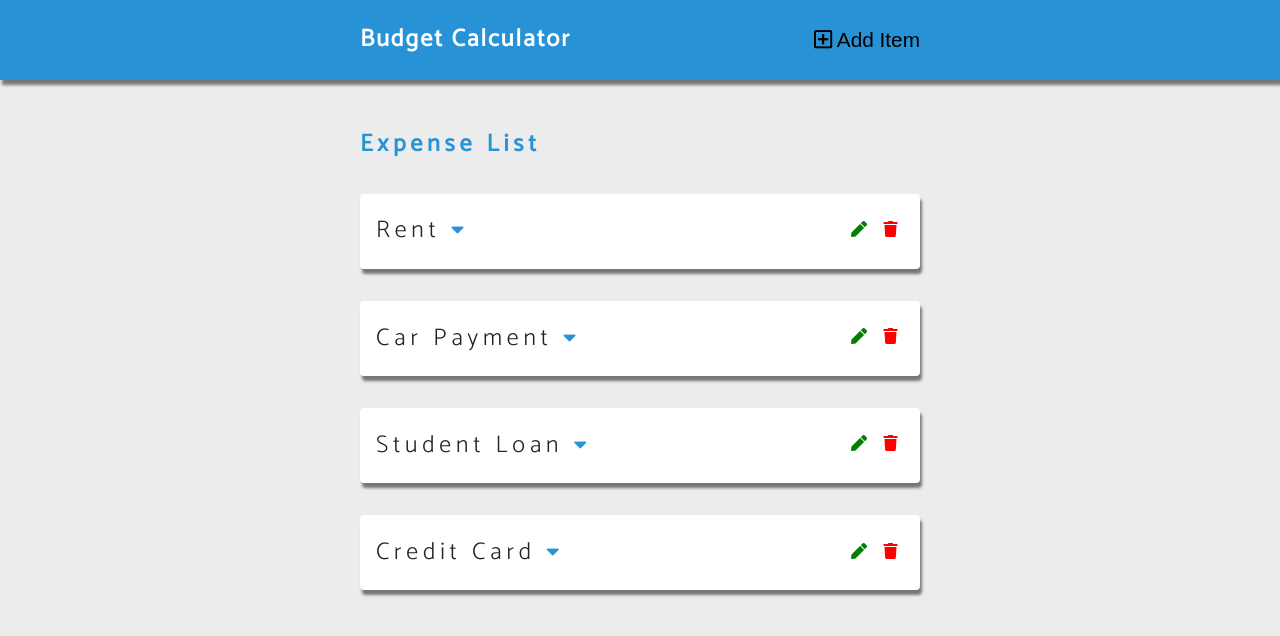
Repository: webdril/budget
Page: /
An editor plug-in stored every save of this project. The page is shown before and after the next save, followed by the edit.
The browser window is 1280 px wide. The pictures show the whole page.
After loading, the first visible `button.delete-btn` was clicked once.
The project was rebuilt for these pictures with package versions that can differ from the ones it lists, and the page was loaded fresh each time.

Above is the page before, as saved 2020-03-02 23:15:24.

### public/index.html
<!DOCTYPE html>
<html lang="en">
<head>
	<meta charset='utf-8'>
	<meta name='viewport' content='width=device-width,initial-scale=1'>

	<title>Budget Calculator</title>

	<link rel='icon' type='image/png' href='/favicon.png'>
	<link rel='stylesheet' href='/global.css'>
	<link rel='stylesheet' href='/build/bundle.css'>
	<!-- Font Awesome -->
	<link rel="stylesheet" href="fontawesome-free-5.11.2-web/css/all.min.css">

	<script defer src='/build/bundle.js'></script>
</head>

<body>
</body>
</html>

### src/App.svelte
<script>
// components
import Navbar from './Navbar.svelte'
import ExpensesList from './ExpensesList.svelte'

// Data
import expensesData from './expenses';

// variables
let expenses = [...expensesData];

// functions
function removeExpense(id){
	expenses = expenses.filter(item =>NavigationPreloadManager.id
	!== id);
}

</script>

<!-- CSS/STYLING -->

<Navbar />
<main class="content">
	<ExpensesList {expenses} {removeExpense}/>
</main>

### src/Navbar.svelte
<nav class="nav">
	<div class="nav-center">
		<h1 class="nav-title">Budget Calculator</h1>
		<button type="button" class="nav-btn">
			<i class="far fa-plus-square" />
			Add Item
		</button>
	</div>
</nav>

### src/ExpensesList.svelte
<script>
import SectionTitle from './Title.svelte';
import Expense from './Expense.svelte';
export let expenses = [];
export let removeExpense;
</script>

<style>
    h2 {
        text-transform: capitalize;
    }
</style>

<section>
    <SectionTitle title= 'expense list' />
    <ul>
        {#each expenses as expense, index}
            <!-- <Expense {expense}/> -->
            <!-- Anothr way below -->
            <Expense {...expense} {removeExpense}/>
            {:else}
                <h2>Currently you have no expenses</h2>
        {/each}
    </ul>
</section>

### src/Title.svelte
<script>
export let title = "default title";

</script>


<div class="main-title">
 <h2>{title}</h2>
</div>

### src/Expense.svelte
<script>
// export let expense
// let {name, amount} = expense
// Another method below
export let id;
export let name = "";
export let amount =0;
let displayAmount = false;
export let removeExpense;
function toggleAmount () {
    displayAmount = !displayAmount
}
</script>

<article class="single-expense">
    <div class="expense-infor">
        <h2>{name}
            <button class="amount-btn" on:click={toggleAmount}>
                <i class="fas fa-caret-down" />
            </button>
        </h2>
        {#if displayAmount}
        <h4>amount: ${amount}</h4>
        {/if}
    </div>
    <div class="expense-button">
        <button class="expense-btn edit-btn">
            <i class="fas fa-pen" />
        </button>
          <button class="expense-btn delete-btn"
          on:click={removeExpense(id)}>
            <i class="fas fa-trash" />
        </button>
    </div>
</article>

### public/global.css
/*
======
Fonts
======
*/
@import url("https://fonts.googleapis.com/css?family=Catamaran:300,400&display=swap");
/*
======
Variables
======
*/
:root {
  --primaryColor: #2892d7;
  --mainWhite: #fff;
  --offWhite: #f7f7f7;
  --mainBlack: #222;
  --mainGrey: #ececec;
  --darkGrey: #afafaf;
  --mainTransition: all 0.3s linear;
  --mainSpacing: 0.3rem;
  --lightShadow: 2px 5px 3px 0px rgba(0, 0, 0, 0.5);
  --darkShadow: 4px 10px 5px 0px rgba(0, 0, 0, 0.5);
  --mainBorderRadius: 0.25rem;
}
/*
======
Global Styles
======
*/
* {
  margin: 0;
  padding: 0;
  box-sizing: border-box;
}

body {
  font-family: "Catamaran", sans-serif;
  color: var(--mainBlack);
  background: var(--mainGrey);
  line-height: 1.4;
  font-size: 1rem;
  font-weight: 300;
}
h1,
h2,
h3,
h4,
h5,
h6 {
  font-family: "Catamaran", sans-serif;
  margin-bottom: 1.25rem;
  letter-spacing: var(--mainSpacing);
}
p {
  margin-bottom: 1.25rem;
}
ul {
  list-style-type: none;
}
a {
  text-decoration: none;
  color: var(--mainBlack);
}
/*
======
Buttons
======
*/
.btn,
.btn-white,
.btn-primary {
  text-transform: uppercase;
  letter-spacing: var(--mainSpacing);
  color: var(--primaryColor);
  border: 2px solid var(--primaryColor);
  padding: 0.45rem 0.8rem;
  display: inline-block;
  transition: var(--mainTransition);
  cursor: pointer;
  font-size: 0.8rem;
  border-radius: var(--mainBorderRadius);
  background: transparent;
}
.btn:hover {
  background: var(--primaryColor);
  color: var(--mainWhite);
}
.btn-white {
  background: transparent;
  color: var(--primaryColor);
  border-color: var(--primaryColor);
}
.btn-white:hover {
  background: var(--mainWhite);
  color: var(--primaryColor);
}
.btn-primary {
  background: var(--primaryColor);
  color: var(--mainWhite);
  border-color: var(--primaryColor);
}
.btn-primary:hover {
  background: transparent;
  color: var(--primaryColor);
}
.btn-block {
  width: 100%;
  display: block;
  margin: 0 auto;
  box-shadow: var(--lightShadow);
}
.disabled {
  color: var(--darkGrey);
  border-color: var(--darkGrey);
}
.disabled:hover {
  background: transparent;
  color: var(--darkGrey);
  border-color: var(--darkGrey);
}
/*
======
Navbar
======
*/
.nav {
  background: var(--primaryColor);
  height: 5rem;
  display: flex;
  align-items: center;
  box-shadow: var(--lightShadow);
}

.nav-center {
  width: 85%;
  max-width: 35rem;
  margin: 0 auto;
  display: flex;
  justify-content: space-between;
}
.nav-title {
  text-transform: capitalize;
  color: var(--mainWhite);
  margin-bottom: 0;
  letter-spacing: 2px;
}
.nav-btn {
  background: transparent;
  font-size: 1.3rem;
  border: none;
  cursor: pointer;
  text-transform: capitalize;
  transition: var(--mainTransition);
}
.nav-btn:hover {
  color: var(--darkGrey);
}
/*
======
Content
======
*/
.content {
  padding: 3rem 0;
  width: 85vw;
  max-width: 35rem;
  margin: 0 auto;
}

/*
======
Main Title
======
*/
.main-title {
  text-transform: capitalize;
  color: var(--primaryColor);
  margin-bottom: 2rem;
}
/*
======
Single Expense
======
*/
.single-expense {
  display: flex;
  justify-content: space-between;
  text-transform: capitalize;
  align-items: center;
  margin-bottom: 2rem;
  padding: 1.3rem 1rem;
  border-radius: var(--mainBorderRadius);
  background: var(--mainWhite);
  box-shadow: var(--lightShadow);
}
.single-expense h2 {
  margin-bottom: 0;
  font-weight: 300;
}
.single-expense h4 {
  margin-bottom: 0;
  margin-top: 1rem;
  font-weight: 300;
  color: var(--primaryColor);
}

.expense-btn {
  font-size: 1rem;
  background: transparent;
  border: none;
  margin: 0 0.4rem;
  transition: var(--mainTransition);
  cursor: pointer;
}
.expense-btn:hover {
  transform: scale(1.2);
}
.amount-btn {
  font-size: 1.3rem;
  background: transparent;
  border: none;
  cursor: pointer;
  color: var(--primaryColor);
}
.delete-btn {
  color: red;
}
.edit-btn {
  color: green;
}
/*
======
Expense Form
======
*/

.expense-form {
  background: var(--mainWhite);
  padding: 1.25rem 1rem;
  text-transform: capitalize;
  border-radius: var(--mainBorderRadius);
  box-shadow: var(--lightShadow);
}

.form-control label {
  display: block;
}
.form-control input {
  width: 100%;
  border: none;
  border-bottom: 2px solid var(--darkGrey);
  margin-bottom: 1.25rem;
  padding: 0.5rem;
  font-size: 1.2rem;
}
.form-empty {
  text-align: center;
  color: red;
}
.form {
  position: relative;
  margin-bottom: 5rem;
}
.close-btn {
  position: absolute;
  top: 0;
  right: 0;
  font-size: 1.2rem;
  text-transform: capitalize;
  display: flex;
  align-items: center;
  width: 4.2rem;
  justify-content: space-between;
  background: transparent;
  border: none;
  color: red;
  cursor: pointer;
}
/*
======
Modal
======
*/
.modal-container {
  position: fixed;
  top: 0;
  left: 0;
  right: 0;
  bottom: 0;
  background: rgba(0, 0, 0, 0.7);
  z-index: 2;
}
.modal-content {
  background: var(--mainWhite);
  width: 85vw;
  max-width: 35rem;
  margin: 0 auto;
  margin-top: 5rem;
  padding: 3rem;
  border-radius: var(--mainBorderRadius);
  position: relative;
}
.modal-content .expense-form {
  box-shadow: none;
}
.modal-container .form {
  margin-bottom: 0;
}
.modal-container .expense-form {
  padding: 1.25rem 0;
}
.modal-container .form {
  position: static;
}
.modal-container .close-btn {
  top: 2%;
  right: 3%;
}
/*
======
Github Users
======
*/

.user {
  margin: 2rem 0;
  box-shadow: var(--lightShadow);
  display: grid;
  grid-template-columns: auto 1fr;
  border-radius: var(--mainBorderRadius);
  grid-column-gap: 2rem;
  background: var(--mainWhite);
}
.user img {
  width: 6rem;
  border-top-left-radius: var(--mainBorderRadius);
  border-bottom-left-radius: var(--mainBorderRadius);
}
.user-info {
  padding-top: 0.75rem;
}
.user-info h3 {
  margin-bottom: 0.75rem;
}

Loaded but not shown: src/main.js (common file); src/expenses.js (common file); public/fontawesome-free-5.11.2-web/css/all.min.css (library)

After the next save:
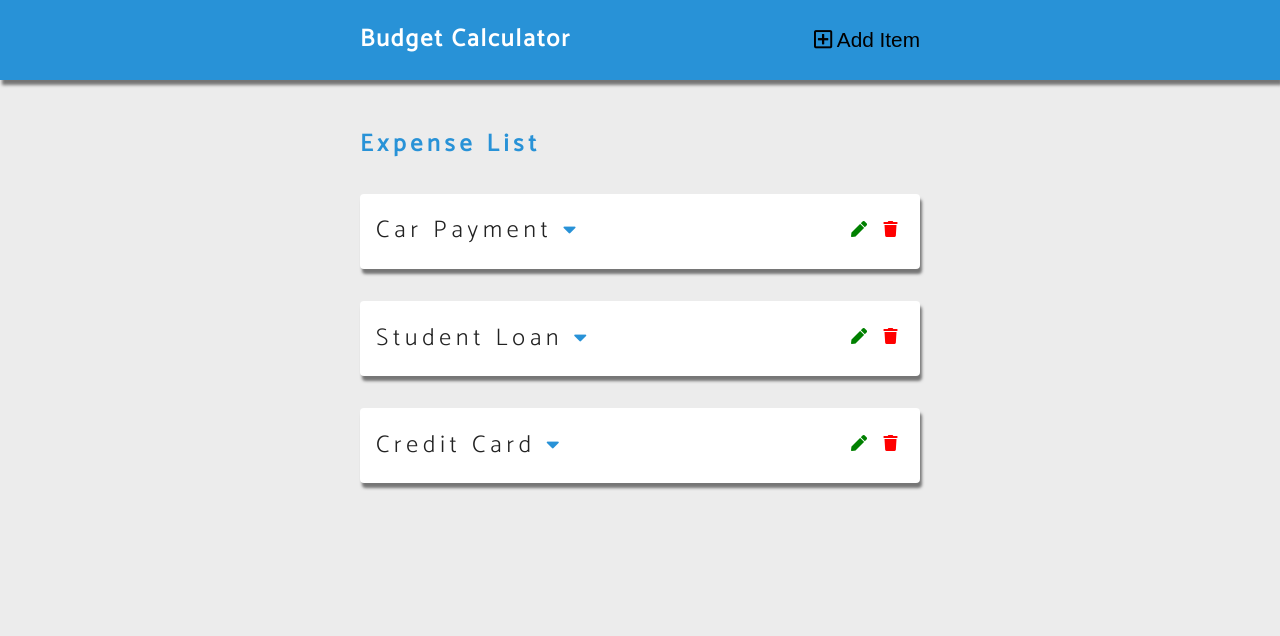
Saved 4 min 22 s later.
--- a/src/App.svelte
+++ b/src/App.svelte
@@ -11,8 +11,7 @@ let expenses = [...expensesData];
 
 // functions
 function removeExpense(id){
-	expenses = expenses.filter(item =>NavigationPreloadManager.id
-	!== id);
+	expenses = expenses.filter(item =>item.id !== id);
 }
 
 </script>
